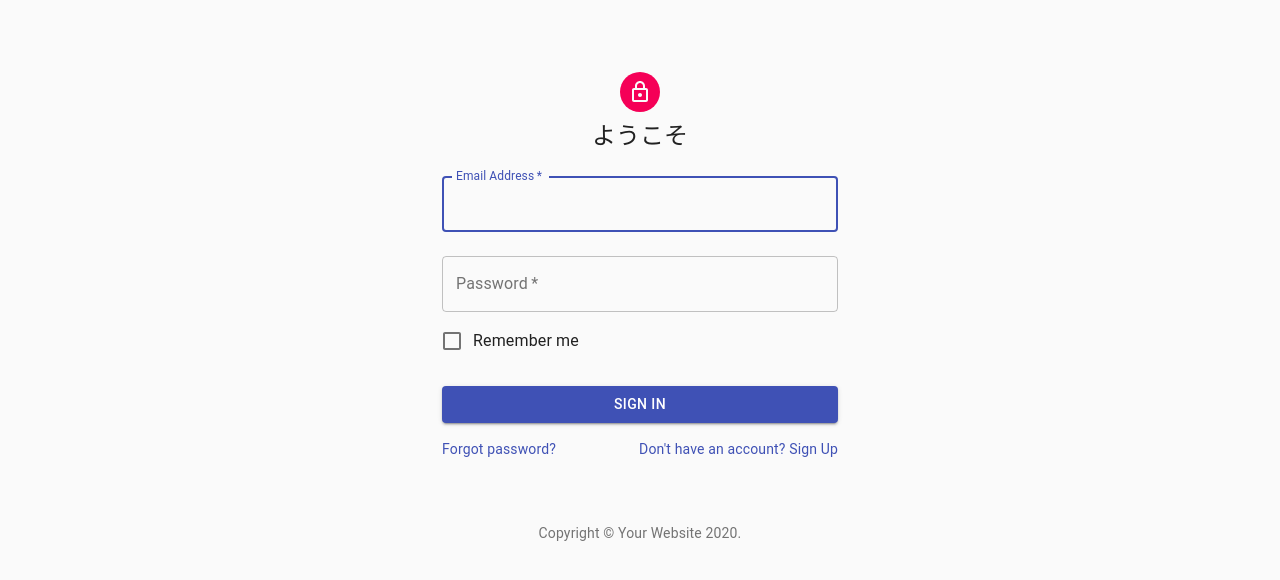
Repository: Yamayu08/idobatakaigi
Page: /
These files come from the project's save history. The page is drawn as it stood at one moment and after the next save; the edit follows.
The browser window is 1280 px wide. The pictures show the whole page.
The project was rebuilt for these pictures with package versions that can differ from the ones it lists, and the page was loaded fresh each time.

Above is the page before, as saved 2021-02-18 02:20:57.

### src/components/App.js
import React from 'react';
import SignIn from './SignIn';

export default () => {
  return <SignIn />
};

### src/components/SignIn.js
import React from 'react';
import Avatar from '@material-ui/core/Avatar';
import Button from '@material-ui/core/Button';
import CssBaseline from '@material-ui/core/CssBaseline';
import TextField from '@material-ui/core/TextField';
import FormControlLabel from '@material-ui/core/FormControlLabel';
import Checkbox from '@material-ui/core/Checkbox';
import Link from '@material-ui/core/Link';
import Grid from '@material-ui/core/Grid';
import Box from '@material-ui/core/Box';
import LockOutlinedIcon from '@material-ui/icons/LockOutlined';
import Typography from '@material-ui/core/Typography';
import { makeStyles } from '@material-ui/core/styles';
import Container from '@material-ui/core/Container';

function Copyright() {
  return (
    <Typography variant="body2" color="textSecondary" align="center">
      {'Copyright © '}
      <Link color="inherit" href="https://material-ui.com/">
        Your Website
      </Link>{' '}
      {new Date().getFullYear()}
      {'.'}
    </Typography>
  );
}

const useStyles = makeStyles((theme) => ({
  paper: {
    marginTop: theme.spacing(8),
    display: 'flex',
    flexDirection: 'column',
    alignItems: 'center',
  },
  avatar: {
    margin: theme.spacing(1),
    backgroundColor: theme.palette.secondary.main,
  },
  form: {
    width: '100%', // Fix IE 11 issue.
    marginTop: theme.spacing(1),
  },
  submit: {
    margin: theme.spacing(3, 0, 2),
  },
}));

export default function SignIn() {
  const classes = useStyles();

  return (
    <Container component="main" maxWidth="xs">
      <CssBaseline />
      <div className={classes.paper}>
        <Avatar className={classes.avatar}>
          <LockOutlinedIcon />
        </Avatar>
        <Typography component="h1" variant="h5">
          ようこそ
        </Typography>
        <form className={classes.form} noValidate>
          <TextField
            variant="outlined"
            margin="normal"
            required
            fullWidth
            id="email"
            label="Email Address"
            name="email"
            autoComplete="email"
            autoFocus
          />
          <TextField
            variant="outlined"
            margin="normal"
            required
            fullWidth
            name="password"
            label="Password"
            type="password"
            id="password"
            autoComplete="current-password"
          />
          <FormControlLabel
            control={<Checkbox value="remember" color="primary" />}
            label="Remember me"
          />
          <Button
            type="submit"
            fullWidth
            variant="contained"
            color="primary"
            className={classes.submit}
          >
            Sign In
          </Button>
          <Grid container>
            <Grid item xs>
              <Link href="#" variant="body2">
                Forgot password?
              </Link>
            </Grid>
            <Grid item>
              <Link href="#" variant="body2">
                {"Don't have an account? Sign Up"}
              </Link>
            </Grid>
          </Grid>
        </form>
      </div>
      <Box mt={8}>
        <Copyright />
      </Box>
    </Container>
  );
}

Loaded but not shown: public/index.html (common file); src/index.js (common file); src/index.css (common file)

After the next save:
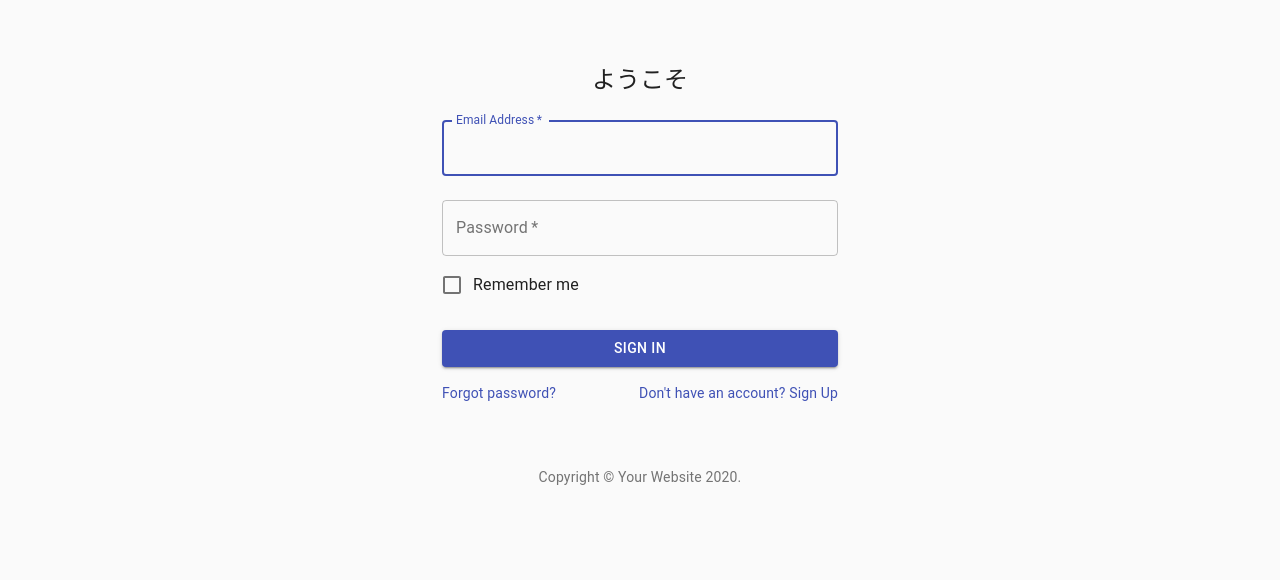
Saved 18 s later.
--- a/src/components/SignIn.js
+++ b/src/components/SignIn.js
@@ -53,9 +53,6 @@ export default function SignIn() {
     <Container component="main" maxWidth="xs">
       <CssBaseline />
       <div className={classes.paper}>
-        <Avatar className={classes.avatar}>
-          <LockOutlinedIcon />
-        </Avatar>
         <Typography component="h1" variant="h5">
           ようこそ
         </Typography>
